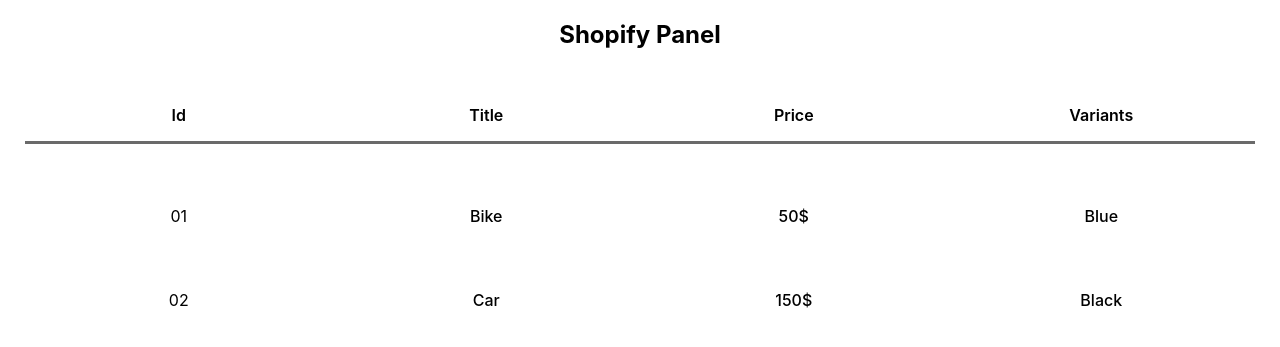
Repository: mitesh-avid-brio/Shopify-React-App
Page: /
An editor plug-in stored every save of this project. The page is shown before and after the next save, followed by the edit.
The browser window is 1280 px wide. The pictures show the whole page.
The project was rebuilt for these pictures with package versions that can differ from the ones it lists, and the page was loaded fresh each time.

Above is the page before, as saved 2024-08-12 10:39:35.

### src/App.js
import './App.css';
import Inventory from './Components/Inventory'

function App() {
  return (
    <div className="App">
      <Inventory />
    </div>
  );
}

export default App;

### src/Components/Inventory.js
import { useEffect, useState } from "react";


function Inventory () {
    const [data, setData] = useState([]);
    const [loading, setLoading] = useState(true);
    const [error, setError] = useState(null);

    useEffect(() => {
        fetch(`https://${process.env.API_KEY}:${process.env.Access_Token}@${process.env.URL}/admin/api/2024-07/products.json?limit=3`,{
            method: "GET",
            headers:{
                "X-Shopify-Access-Token": "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",
                "content-type": "application/json",
            }
        })
            .then(response => {
              if (!response.ok) {
                throw new Error('Network response was not ok');
              }
              return response.json();
            })
            .then(data => {
                if(data){
                    setData(data.results);
                    setLoading(false);
                }
            })
            .catch(error => {
              setError(error);
              setLoading(false);
            });
    }, []);

    console.log("Products", data)

    const product_inverntory= [
        {id:"01",title:"Bike",price:'50$',variants:"Blue"},
        {id:"02",title:"Car",price:'150$',variants:"Black"},
    ]

    // if (loading) return <p>Loading...</p>;
    // if (error) return <p>Error: {error.message}</p>;
    return (
        <div className="main_container">
            <h2 className='heading'>Shopify Panel</h2>

                    <div className="table_data">
                        <table className="table">
                            <thead className='table_head'>
                                <tr>
                                    <th>Id</th>
                                    <th>Title</th>
                                    <th>Price</th>
                                    <th>Variants</th>
                                    {/* <th>Action</th> */}
                                </tr>
                            </thead>
                        </table>

                        <div className="tbody_container">
                            <table>
                                <tbody>
                                    {product_inverntory.map((item)=>(
                                        <tr className='body_row' key={item.id}>
                                        <td className='index' data-label="index">{item?.id}</td>
                                        <td className='details' data-label="title">{item?.title}</td>
                                        <td className='details' data-label="price">{item?.price}</td>
                                        <td className='details' data-label="variant">{item?.variants}</td>
                                        {/* <td className='details' data-label="action"> </td> */}
                                    </tr>)) }
                                </tbody>
                            </table>
                        </div>
                    </div>
        </div>
    )
}

export default Inventory;





// X-Shopify-Access-Token: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
// api key: aec14829c6068d3c7209b0fb1c99cfa1
// api secret: ec53dbafa6a84fc722a14565b63e397e
// https://pakt-shirts.myshopify.com/

Loaded but not shown: public/index.html (common file); src/index.js (common file); src/index.css (common file); src/reportWebVitals.js (common file); src/App.css (common file)

After the next save:
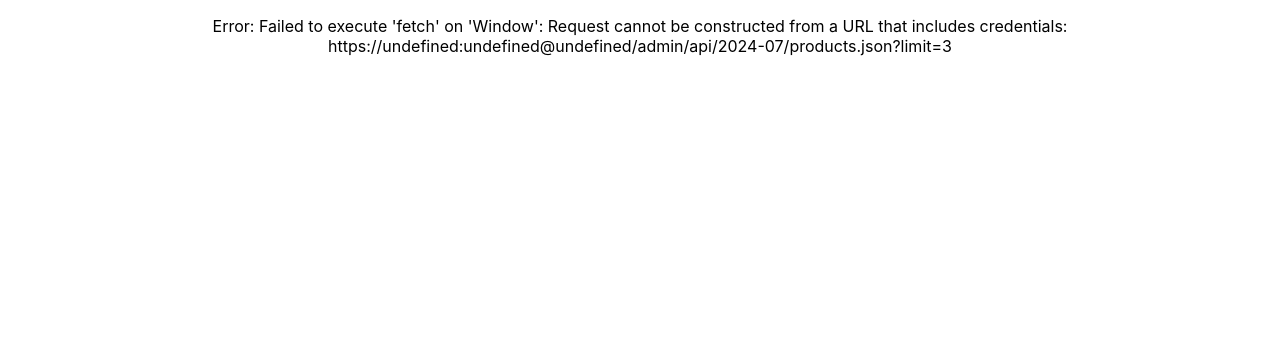
Saved 12 s later.
--- a/src/Components/Inventory.js
+++ b/src/Components/Inventory.js
@@ -39,8 +39,8 @@
         {id:"02",title:"Car",price:'150$',variants:"Black"},
     ]
 
-    // if (loading) return <p>Loading...</p>;
-    // if (error) return <p>Error: {error.message}</p>;
+    if (loading) return <p>Loading...</p>;
+    if (error) return <p>Error: {error.message}</p>;
     return (
         <div className="main_container">
             <h2 className='heading'>Shopify Panel</h2>
